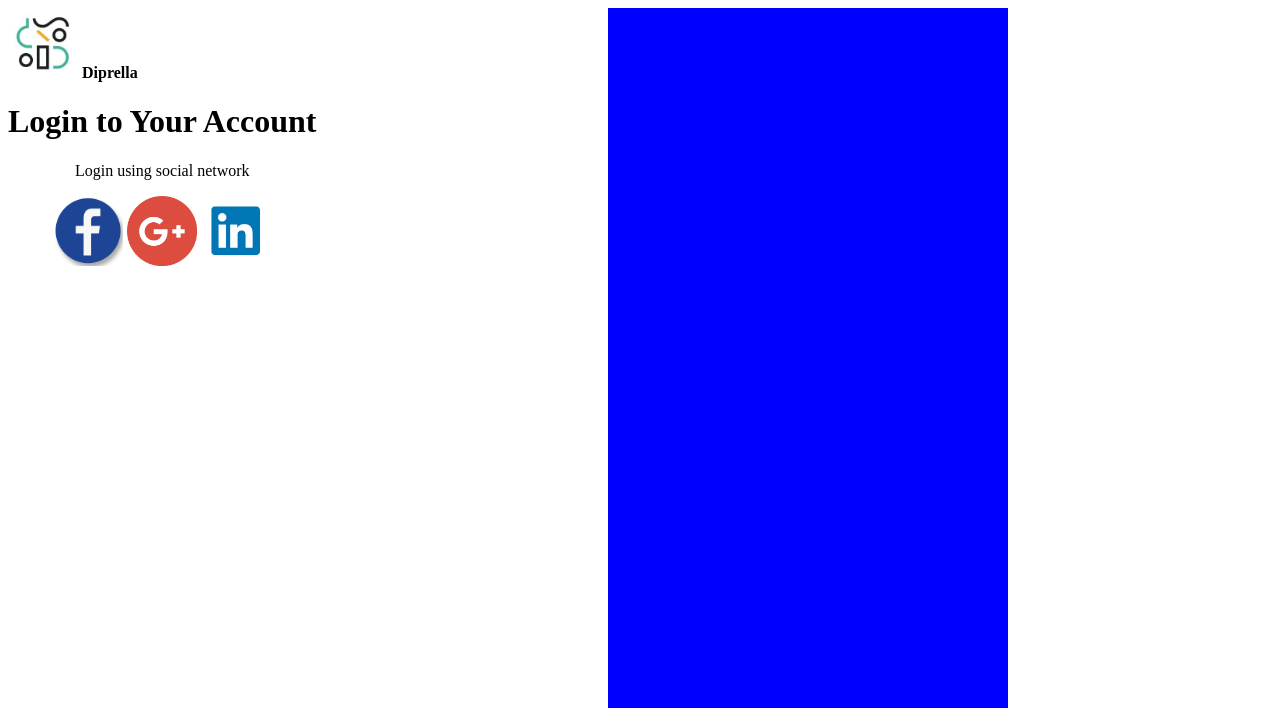
Repository: Tobby004/bdc-assignment-3
Page: task.html
An editor plug-in stored every save of this project. The page is shown before and after the next save, followed by the edit.
The browser window is 1280 px wide. The pictures show the whole page.

Above is the page before, as saved 2023-02-21 09:02:13.

After the next save:
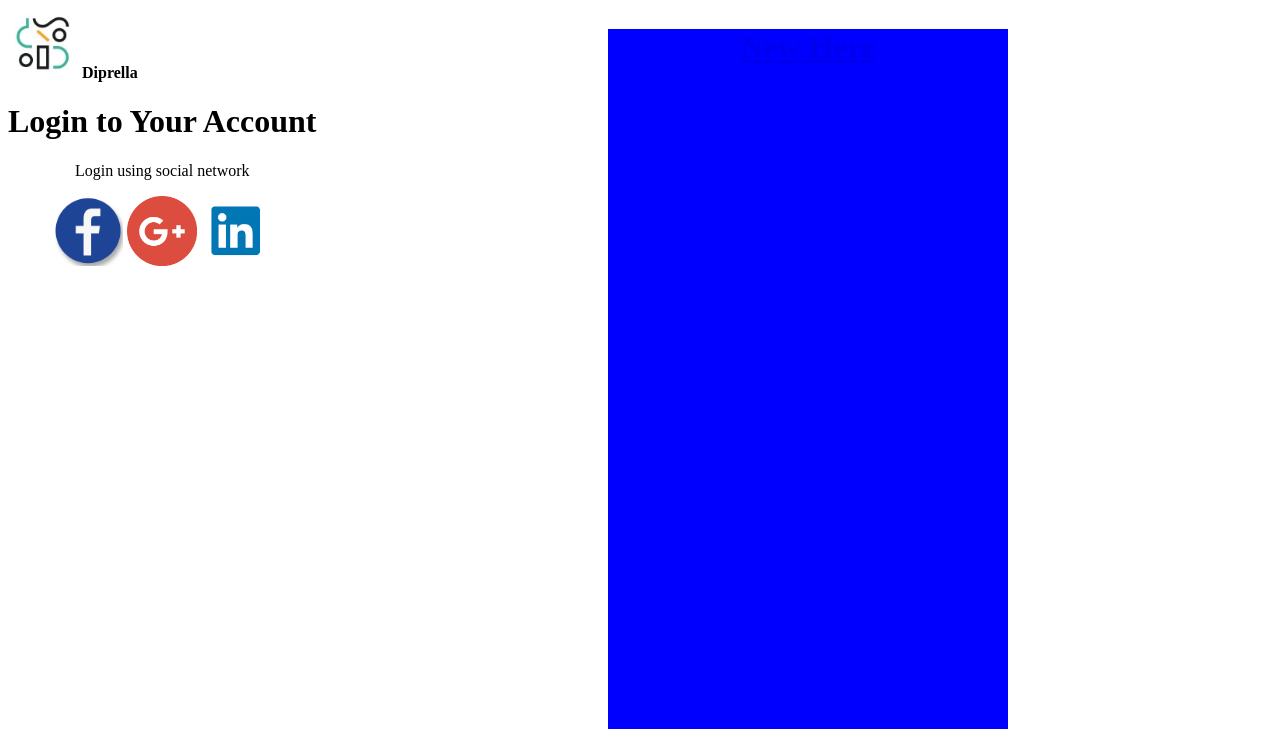
Saved 5 min 18 s later.
--- a/task.html
+++ b/task.html
@@ -9,11 +9,11 @@
 </head>
 <body>
     <div class="box-container">
-        <div class="box1">
-       <header id="logo"><img src="diprella.JPG" alt="diprella"</header>
-       <b>Diprella</b>
-      <div><h1>Login to Your Account</h1></div>
-      <p>Login using social network</p>
+    <div class="box1">
+    <header id="logo"><img src="diprella.JPG" alt="diprella"</header>
+    <b>Diprella</b>
+    <h1>Login to Your Account</h1>
+    <p>Login using social network</p>
         <div class="logo">
             <a href="#"><img src="facebook.png"</a>
             <a href="#"><img src="googe plus.png"</a>
@@ -21,6 +21,7 @@
         </div>
         </div>
         <div class="box2">
+            <h1>New Here</h1>
 
         </div>
 
--- a/task.css
+++ b/task.css
@@ -21,6 +21,7 @@ header img {
 }
 div h1 {
     text-align: center;
+
 }
 div p {
     text-align: center;
